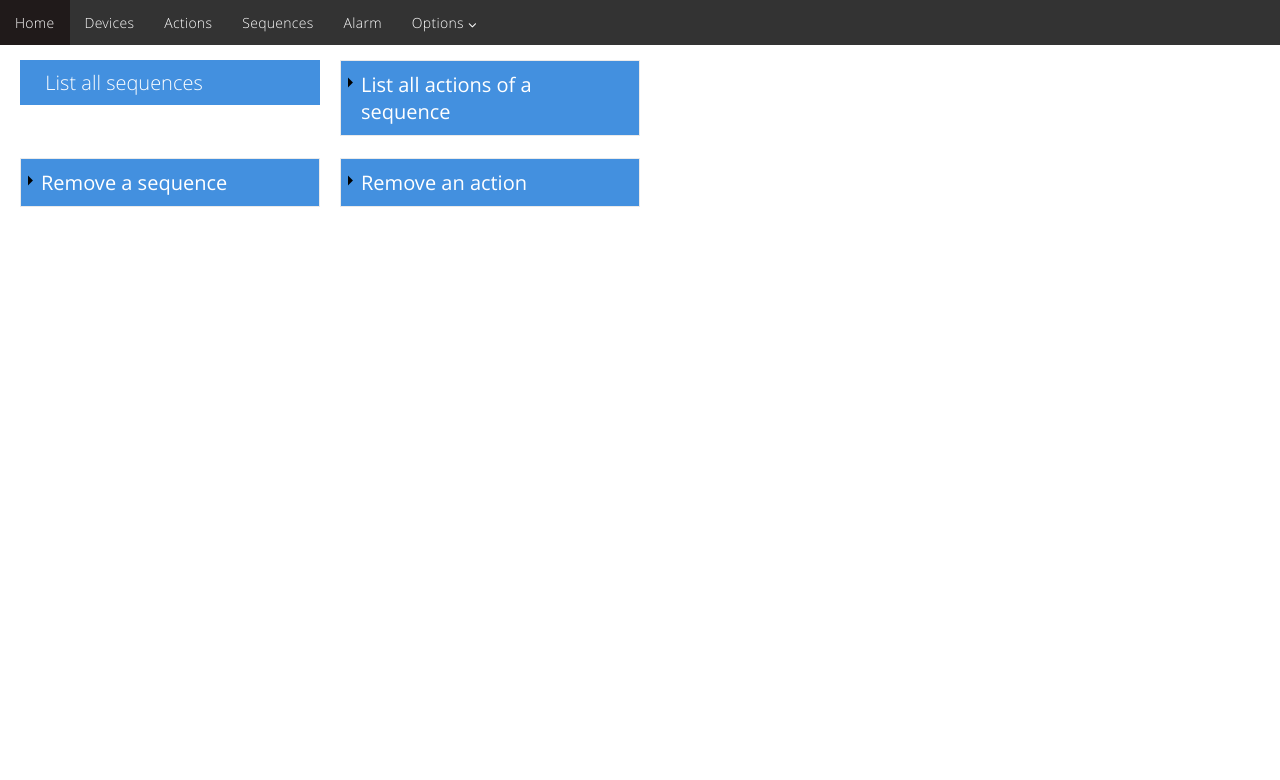
Repository: Pietvergiet/RPiProject
Page: http://localhost/RPi/Sequence.jsp
These files come from the project's save history. The page is drawn as it stood at one moment and after the next save; the edit follows.
The browser window is 1280 px wide. The pictures show the whole page.
The page is served by Tomcat 9. Nobody is signed in. The application's start-up code is not run. Other server files are loaded and not shown.

Above is the page before, as saved 2014-10-28 13:33:39.

### RPi/src/main/webapp/Sequence.jsp
<%@ page language="java" contentType="text/html; charset=ISO-8859-1"
    pageEncoding="ISO-8859-1"%>
<!DOCTYPE html PUBLIC "-//W3C//DTD HTML 4.01 Transitional//EN" "http://www.w3.org/TR/html4/loose.dtd">
<html>
<head>

        <link rel="stylesheet" href="BootstrapMetro/docs/css/metro-bootstrap.css">
        <script src="BootstrapMetro/docs/js/jquery/jquery.min.js"></script>
        <script src="BootstrapMetro/docs/js/jquery/jquery.widget.min.js"></script>
        <script src="BootstrapMetro/min/metro.min.js"></script>
        <link rel="shortcut icon" href="images/remote_control.ico" />
	    <title>SuperRemotely</title>

</head>
<body class="metro">
<!-- Header -->
<nav class="navigation-bar dark fixed-top">
	<nav class="navigation-bar-content">
        <ul class="element-menu">
        	<li><a href="/RPi">Home</a></li>
        	<li><a href="./Devices">Devices</a></li>
        	<li><a href="./Action">Actions</a></li>
        	<li><a href="./Sequence">Sequences</a></li>
        	<li><a href="#Alarm">Alarm</a></li>
        	<li>
                <a class="dropdown-toggle" href="#Options">Options</a>
                <ul class="dropdown-menu dark" data-role="dropdown" style="display: none;">
                	<li><a href="#Time">Set the time</a></li>
                    <li><a href="#Record">Record new action</a></li>
                    <li><a href="#Add">Add a new Device</a></li>
                    <li><a href="#Remove">Remove a device</a></li>
                    <li><a href="#Edit">Remove an action</a></li>
                </ul>
            </li>
    	</ul>
    </nav>
</nav>

<!-- Body -->
<div class="grid" style="margin-left:20px;margin-top:60px">
	<form method="post" action="doSequence">
			<div class="row" >
				<div class="span4"><input name="button" class="bg-lightBlue bg-hover-darkBlue fg-white" type="submit" value="List all sequences			" style="font-size:20px; height:45px; width:300px;"></div>
				<div class="accordion with-marker span4 place-left" data-role="accordion" data-closeany="false">

					<div class="accordion-frame" style="font-size:20px;">
    					<a class="heading bg-lightBlue fg-white collapsed" href="#">List all actions of a sequence</a>
       	 				<div class="content" style="display: none;">
        					<p>Fill in the ID of the sequence <br>of which you want to know the actions.<p>
        					<p><input name="seqId" type="text" data-state="info"></p>
        					<p><input name="button" class="bg-lightBlue bg-hover-darkBlue fg-white" type="submit" value="List Actions" style="font-size:15px; height:50px; width:175px;"></p>
        				</div>
					</div>
				</div>
			</div>
			<div class="row">
				<div class="accordion with-marker span4 place-left" data-role="accordion" data-closeany="false">

					<div class="accordion-frame" style="font-size:20px;">
    					<a class="heading bg-lightBlue fg-white collapsed" href="#">Remove a sequence</a>
       	 				<div class="content" style="display: none;">
        					<p>Fill in the ID of the sequence <br>that should be removed.<p>
        					<p><input name="seqIdrem" type="text" data-state="info"></p>
        					<p><input name="button" class="bg-lightBlue bg-hover-darkBlue fg-white" type="submit" value="Remove" style="font-size:15px; height:50px; width:175px;"></p>
        				</div>
					</div>
				</div>
				<div class="accordion with-marker span4 place-left" data-role="accordion" data-closeany="false">

					<div class="accordion-frame" style="font-size:20px;">
    					<a class="heading bg-lightBlue fg-white collapsed" href="#">Remove an action</a>
       	 				<div class="content" style="display: none;">
       	 					<p>Fill in the ID of the sequence <br>that should be removed.<p>
        					<p><input name="seqIdArem" type="text" data-state="info"></p>
        					<p>Fill in the index nr of the action <br>that should be removed from the sequence.<p>
        					<p><input name="iNr" type="text" data-state="info"></p>
        					<p><input name="button" class="bg-lightBlue bg-hover-darkBlue fg-white" type="submit" value="Remove Action" style="font-size:15px; height:50px; width:175px;"></p>
        				</div>
					</div>
				</div>
			</div>
		</form>
</div>

</body>
</html>

Loaded but not shown: RPi/src/main/webapp/BootstrapMetro/docs/css/metro-bootstrap.css (library); RPi/src/main/webapp/BootstrapMetro/docs/js/jquery/jquery.min.js (library); RPi/src/main/webapp/BootstrapMetro/docs/js/jquery/jquery.widget.min.js (library); RPi/src/main/webapp/BootstrapMetro/min/metro.min.js (library)

After the next save:
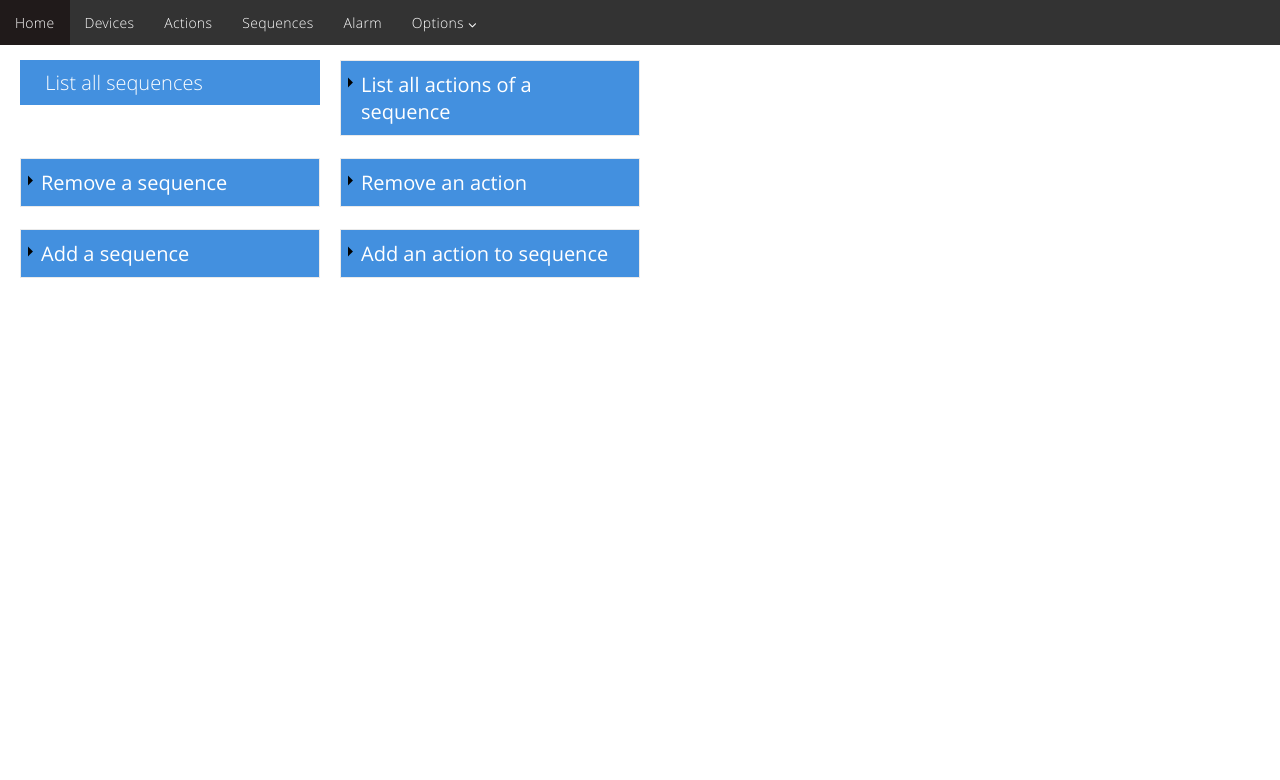
Saved 11 min 22 s later.
--- a/RPi/src/main/webapp/Sequence.jsp
+++ b/RPi/src/main/webapp/Sequence.jsp
@@ -79,6 +79,34 @@
 					</div>
 				</div>
 			</div>
+			<div class="row">
+				<div class="accordion with-marker span4 place-left" data-role="accordion" data-closeany="false">
+
+					<div class="accordion-frame" style="font-size:20px;">
+    					<a class="heading bg-lightBlue fg-white collapsed" href="#">Add a sequence</a>
+       	 				<div class="content" style="display: none;">
+        					<p>Fill in the name of the sequence <br>that should be added.<p>
+        					<p><input name="seqIdadd" type="text" data-state="info"></p>
+        					<p><input name="button" class="bg-lightBlue bg-hover-darkBlue fg-white" type="submit" value="Add" style="font-size:15px; height:50px; width:175px;"></p>
+        				</div>
+					</div>
+				</div>
+				<div class="accordion with-marker span4 place-left" data-role="accordion" data-closeany="false">
+
+					<div class="accordion-frame" style="font-size:20px;">
+    					<a class="heading bg-lightBlue fg-white collapsed" href="#">Add an action to sequence</a>
+       	 				<div class="content" style="display: none;">
+       	 					<p>Fill in the ID of the sequence <br>that an action should be added to.<p>
+        					<p><input name="seqIdAadd" type="text" data-state="info"></p>
+        					<p>Fill in the index nr of the action <br>that should be added.<p>
+        					<p><input name="iNr" type="text" data-state="info"></p>
+        					<p>Fill in the ID of the action <br>that should be added.<p>
+        					<p><input name="actIDadd" type="text" data-state="info"></p>
+        					<p><input name="button" class="bg-lightBlue bg-hover-darkBlue fg-white" type="submit" value="Add Action" style="font-size:15px; height:50px; width:175px;"></p>
+        				</div>
+					</div>
+				</div>
+			</div>
 		</form>
 </div>
 
